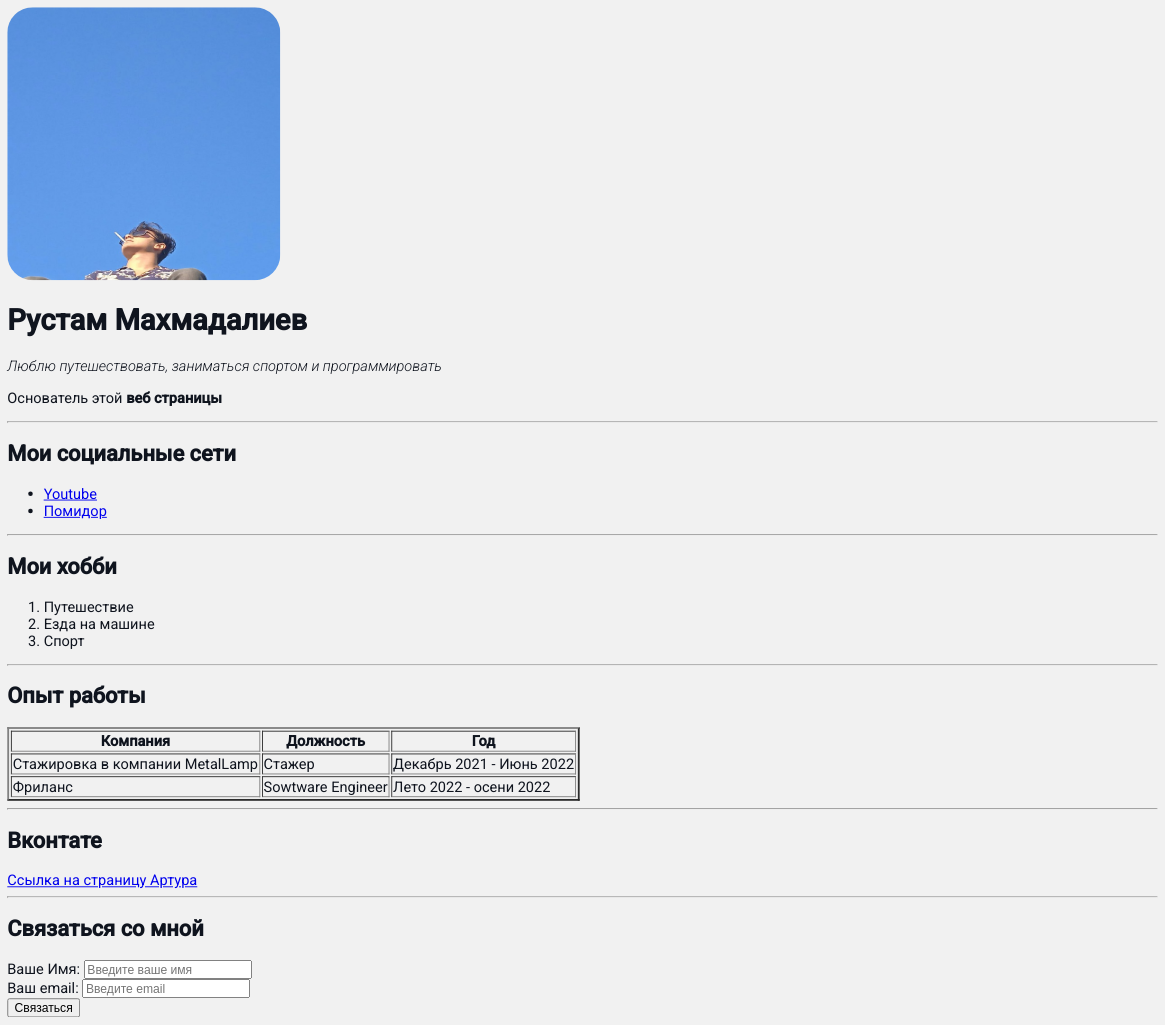
Repository: RustamMakh/html
Page: index.html
An editor plug-in stored every save of this project. The page is shown before and after the next save, followed by the edit.
The browser window is 1280 px wide. The pictures show the whole page, at 91% of full size.

Above is the page before, as saved 2022-06-13 21:21:27.

After the next save:
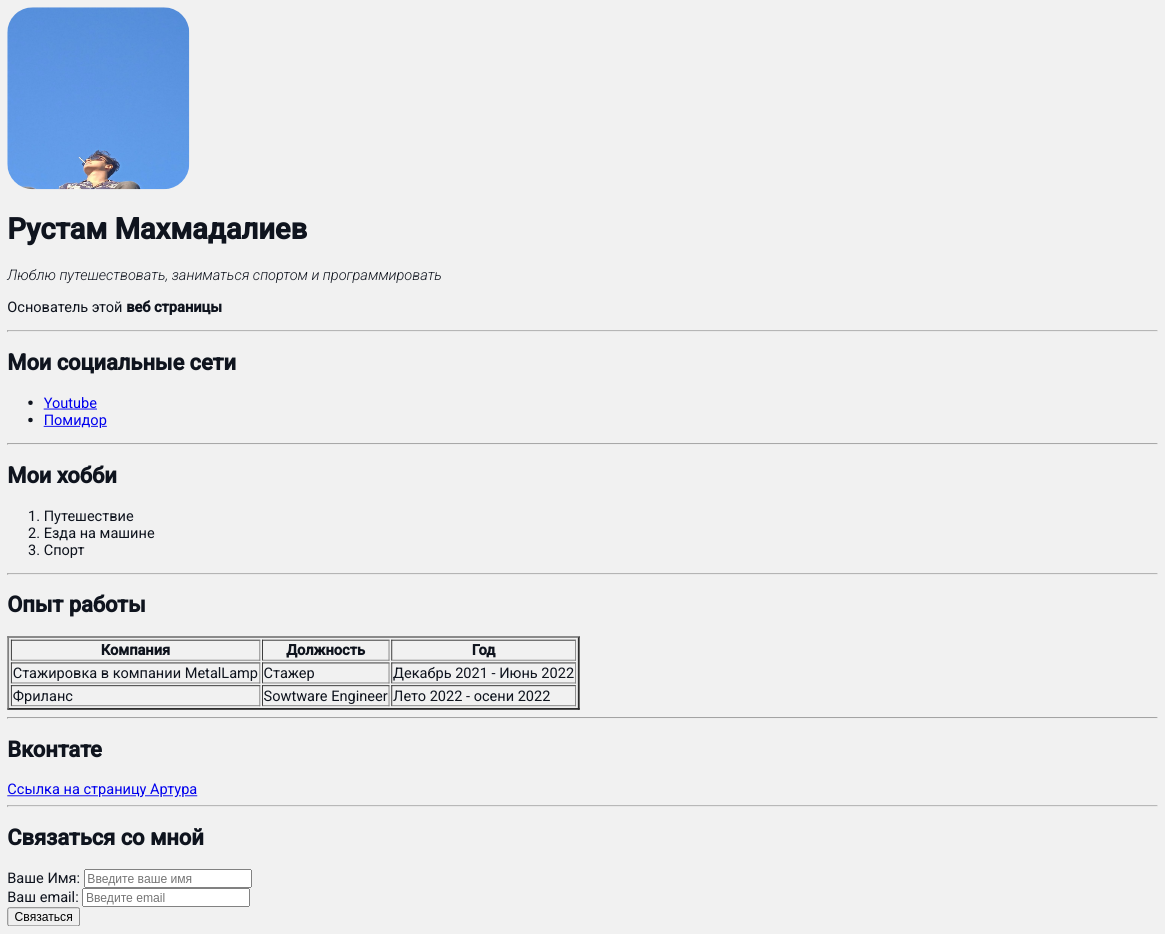
Saved 50 s later.
--- a/styles.css
+++ b/styles.css
@@ -8,7 +8,7 @@ body{
     font-family: 'Roboto', sans-serif;
 }
 .avatar {
-    width: 300px;
-    height: 300px;
+    width: 200px;
+    height: 200px;
     border-radius: 28px;
 }
